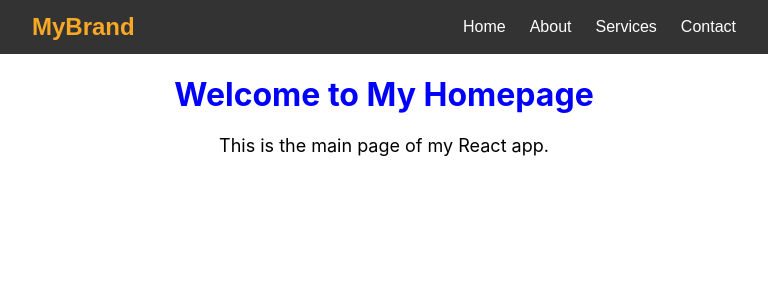
Repository: Ken-Kanike/RUBIX25_41_TECHTITANS
Page: / (app in backend/client/)
An editor plug-in stored every save of this project. The page is shown before and after the next save, followed by the edit.
The browser window is 768 px wide. The pictures show the whole page.
The project was rebuilt for these pictures with package versions that can differ from the ones it lists, and the page was loaded fresh each time.

Above is the page before, as saved 2025-01-22 21:29:12.

After the next save:
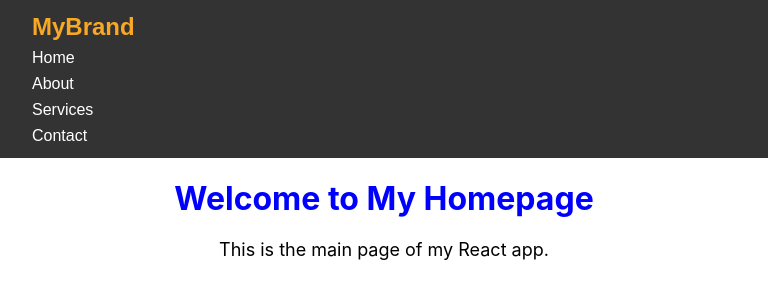
Saved 43 s later.
--- a/backend/client/src/navbar.css
+++ b/backend/client/src/navbar.css
@@ -37,3 +37,19 @@
 .navbar-links a:hover {
     color: #f9a825;
 }
+
+@media (max-width: 768px) {
+    .navbar {
+        flex-direction: column;
+        align-items: flex-start;
+    }
+
+    .navbar-links {
+        flex-direction: column;
+        gap: 0.5rem;
+    }
+
+    .navbar-logo {
+        margin-bottom: 0.5rem;
+    }
+}

After the save that followed:
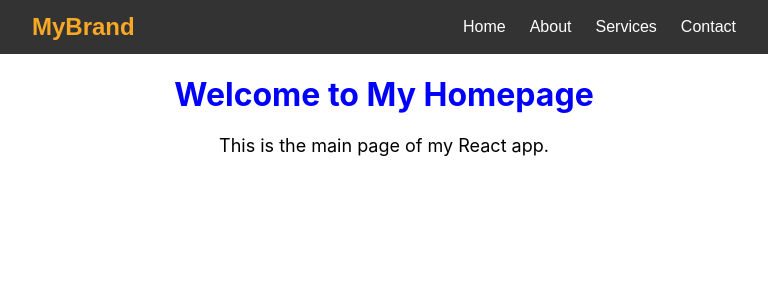
Saved 48 s later.
--- a/backend/client/src/navbar.css
+++ b/backend/client/src/navbar.css
@@ -37,19 +37,3 @@
 .navbar-links a:hover {
     color: #f9a825;
 }
-
-@media (max-width: 768px) {
-    .navbar {
-        flex-direction: column;
-        align-items: flex-start;
-    }
-
-    .navbar-links {
-        flex-direction: column;
-        gap: 0.5rem;
-    }
-
-    .navbar-logo {
-        margin-bottom: 0.5rem;
-    }
-}
